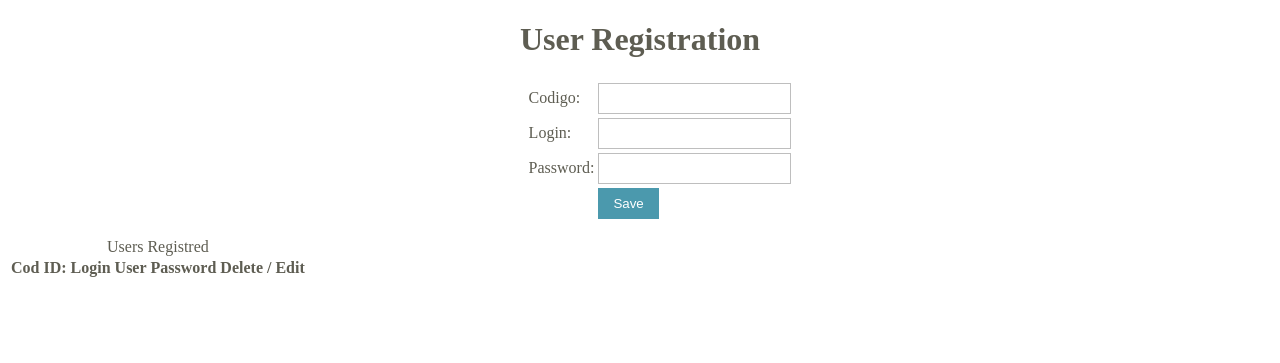
Repository: ViniciusBeletella/project-jsp
Page: http://localhost/project-jsp/userRegistration.jsp
An editor plug-in stored every save of this project. The page is shown before and after the next save, followed by the edit.
The browser window is 1280 px wide. The pictures show the whole page.
The page is served by Tomcat 9.

Above is the page before, as saved 2019-12-20 22:37:19.

After the next save:
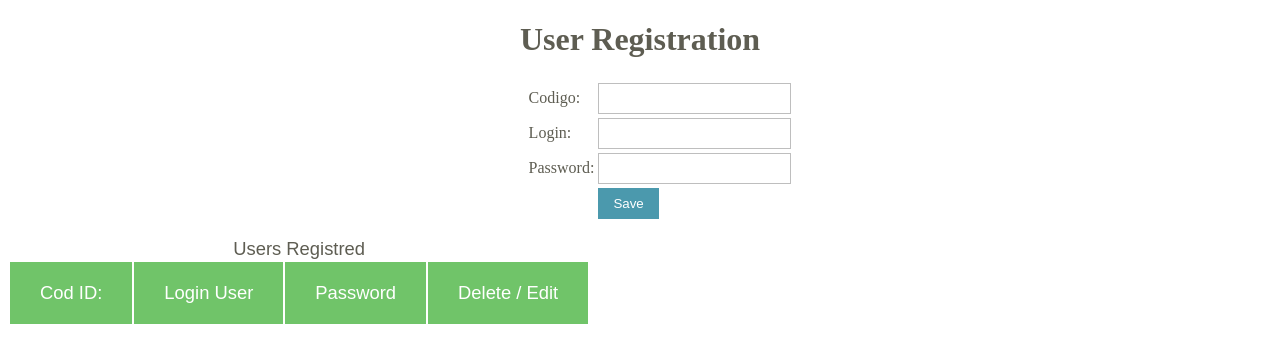
Saved 27 s later.
--- a/project-jsp/WebContent/userRegistration.jsp
+++ b/project-jsp/WebContent/userRegistration.jsp
@@ -48,7 +48,7 @@
 		</center>
 
 
-		<table class="responstable">
+		<table class="flat-table">
 			<caption>Users Registred</caption>
 			<tr>
 				<th>Cod ID:</th>
